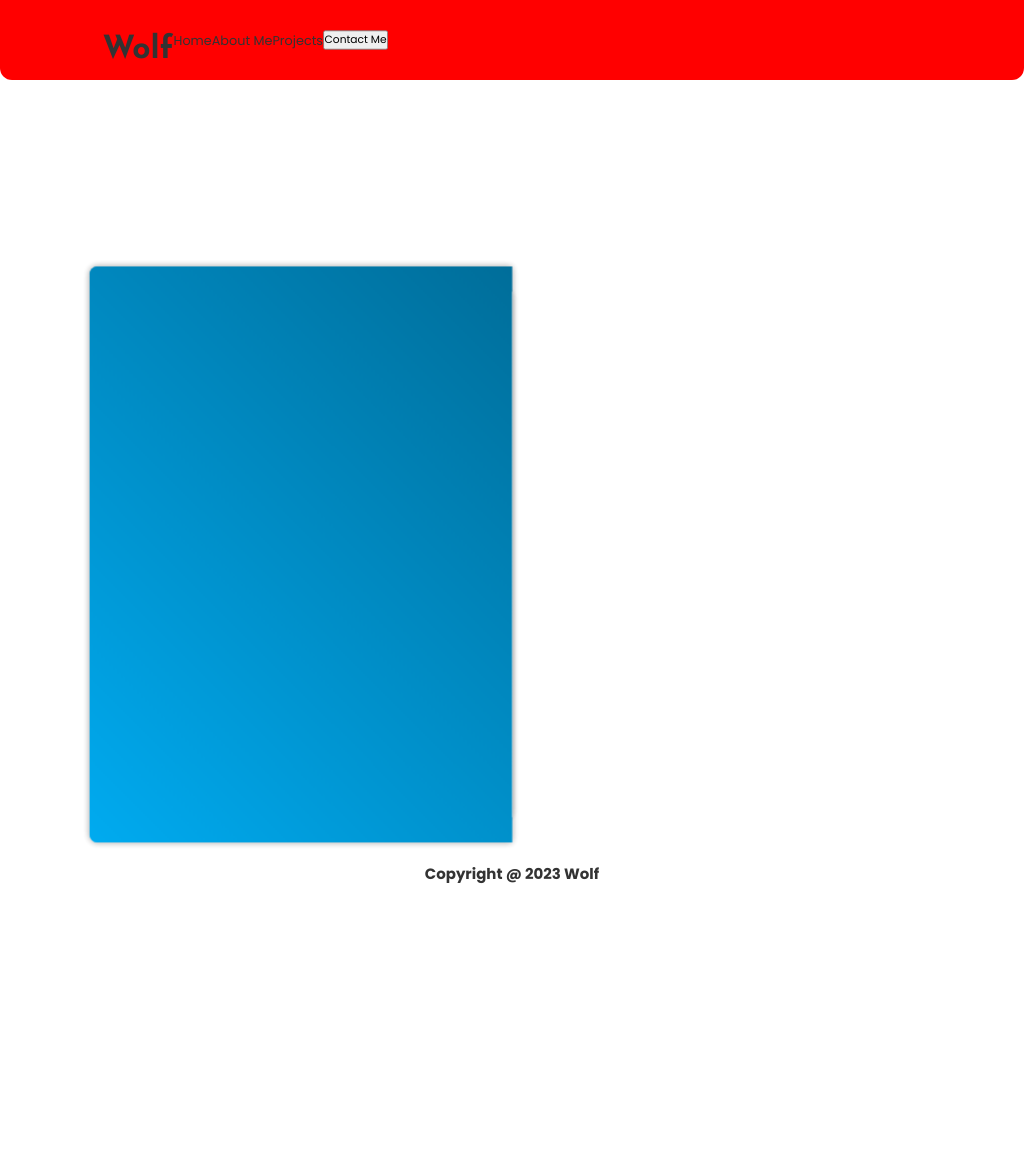
Repository: Ego-Wolf/Portfolio
Page: index.html
An editor plug-in stored every save of this project. The page is shown before and after the next save, followed by the edit.
The browser window is 1280 px wide. The pictures show the whole page, at 80% of full size.
Pictures or frames that could not be fetched are drawn as grey boxes.

Above is the page before, as saved 2023-12-14 16:23:53.

### index.html
<!DOCTYPE html>
<html lang="en">
<head>
    <meta charset="UTF-8">
    <meta name="viewport" content="width=device-width, initial-scale=1.0">
    <title>3D Portfolio Websites</title>
    <link rel="stylesheet" href="./style.css">
    <!-- Box icons -->
    <link href='https://unpkg.com/boxicons@2.1.4/css/boxicons.min.css' rel='stylesheet'>
    <!-- Google Font -->
    <link rel="preconnect" href="https://fonts.googleapis.com">
    <link rel="preconnect" href="https://fonts.gstatic.com" crossorigin>
    <link href="https://fonts.googleapis.com/css2?family=Josefin+Sans:wght@300;400;500;600;700&family=Poppins:wght@300;400;500;600;700;800;900&display=swap" rel="stylesheet">

</head>
<body>
    <div class="section">
        <!-- Header -->
        <div class="header">
            <ul>
                <span>
                    <img src="" alt=""><h3>Wolf</h3>
                </span>
                <li>Home</li>
                <li>About Me</li>
                <li>Projects</li>
                <li><button>Contact Me</button></li>
            </ul>
        </div>

        <!-- Book section -->
        <div class="wrapper">
            <div class="cover cover-left"></div>
            <div class="cover cover-right"></div>

            <div class="book">
                <!-- Profile page -->
                <div class="book-page page-left">
                    <div class="profile-page">
                        <img src="./assets/character-1.jpg" alt="Sorry about the our services">
                        <h1>Steve Victor</h1>
                        <h3>Web Developer</h3>

                        <div class="social-media">
                            <a href="#"><i class='bx bxl-facebook'></i></a>
                            <a href="#"><i class='bx bxl-twitter' ></i></a>
                            <a href="#"><i class='bx bxl-linkedin' ></i></a>
                            <a href="#"><i class='bx bxl-instagram-alt'></i></a>
                        </div>

                        <p>Hi, I'm Steve Victor, a Web Developer. Lorem, ipsum dolor sit amet consectetur adipisicing elit. Quae quibusdam asperiores, voluptas magnam enim amet officiis aut quis recusandae illum possimus delectus mollitia id sed atque, harum et sunt architecto.</p>

                        <div class="btn-box">
                            <a href="#" class="btn">Download CV</a>
                            <a href="#" class="btn contact-me">Contact Me</a>
                        </div>
                    </div>
                </div>

                <!-- Page 1 & 2 -->
                <div class="book-page page-right turn" id="turn-1">
                    <!-- Page 1 (work experience) -->
                    <div class="page-front">
                        <h1 class="title">Work Experience</h1>
                        <div class="work-education-box">
                            <div class="work-education-content">
                                <span class="year"><i class='bx bxs-calendar'></i>2020 - 2021</span>
                                <h3>Web Developer - Company</h3>
                                <p>Lorem ipsum dolor sit amet consectetur adipisicing elit. Consequatur a delectus similique dolore, laudantium, autem iure aspernatur ratione error!</p>
                            </div>

                            <div class="work-education-content">
                                <span class="year"><i class='bx bxs-calendar'></i>2020 - 2021</span>
                                <h3>Web Developer - Company</h3>
                                <p>Lorem aspernatur ratione error consequuntur veniam tenetur ipsum in nemo repellat eveniet fugit eius vel!</p>
                            </div>

                            <div class="work-education-content">
                                <span class="year"><i class='bx bxs-calendar'></i>2020 - 2021</span>
                                <h3>Web Developer - Company</h3>
                                <p>Lorem ipsum dolor sit amet consectetur adipisicing elit. Consequatur a delectus similique dolore, laudantium, autem iure aspernatur ratione error consequuntur veniam tenetur ipsum in nemo repellat eveniet fugit eius vel!</p>
                            </div>
                        </div>

                        <span class="number-page">1</span>
                        <!-- Next button -->
                        <div class="nextprev-btn" data-page="turn-1">
                            <i class='bx bx-chevron-right'></i>
                        </div>
                    </div>

                    <!-- Page 2 (education) -->
                    <div class="page-back">
                        <h1 class="title">Education</h1>
                        <div class="work-education-box">
                            <div class="work-education-content">
                                <span class="year"><i class='bx bxs-calendar'></i>2020 - 2021</span>
                                <h3>Web Developer - Company</h3>
                                <p>Lorem ipsum dolor sit amet consectetur adipisicing elit. Consequatur a delectus similique dolore, laudantium, autem iure aspernatur ratione error!</p>
                            </div>

                            <div class="work-education-content">
                                <span class="year"><i class='bx bxs-calendar'></i>2020 - 2021</span>
                                <h3>Web Developer - Company</h3>
                                <p>Lorem aspernatur ratione error consequuntur veniam tenetur ipsum in nemo repellat eveniet fugit eius vel!</p>
                            </div>

                            <div class="work-education-content">
                                <span class="year"><i class='bx bxs-calendar'></i>2020 - 2021</span>
                                <h3>Web Developer - Company</h3>
                                <p>Lorem ipsum dolor sit amet consectetur adipisicing elit. Consequatur a delectus similique dolore, laudantium, autem iure aspernatur ratione error consequuntur veniam tenetur ipsum in nemo repellat eveniet fugit eius vel!</p>
                            </div>
                        </div>

                        <span class="number-page">2</span>
                        <!-- Prev button -->
                        <div class="nextprev-btn back" data-page="turn-1">
                            <i class='bx bx-chevron-left'></i>
                        </div>
                    </div>
                </div>

                <!-- Page 3 & 4 -->
                <div class="book-page page-right turn" id="turn-2">
                    <!-- Page 3 (my services) -->
                    <div class="page-front">
                        <h1 class="title">My Services</h1>
                        <div class="services-box">
                            <div class="services-content">
                                <i class='bx bx-code-alt' ></i>
                                <h3>Web Development</h3>
                                <p>Lorem ipsum dolor, sit amet consectetur adipisicing elit.</p>
                                <a href="#" class="btn">Read More</a>
                            </div>

                            <div class="services-content">
                                <i class='bx bxs-paint' ></i>
                                <h3>Creative Design</h3>
                                <p>Lorem ipsum dolor, sit amet consectetur adipisicing elit.</p>
                                <a href="#" class="btn">Read More</a>
                            </div>

                            <div class="services-content">
                                <i class='bx bx-bar-chart-alt'></i>
                                <h3>Digital Marketing</h3>
                                <p>Lorem ipsum dolor, sit amet consectetur adipisicing elit.</p>
                                <a href="#" class="btn">Read More</a>
                            </div>

                            <div class="services-content">
                                <i class='bx bx-search' ></i>
                                <h3>SEO</h3>
                                <p>Lorem ipsum dolor, sit amet consectetur adipisicing elit.</p>
                                <a href="#" class="btn">Read More</a>
                            </div>
                        </div>

                        <span class="number-page">3</span>
                        <!-- Next button -->
                        <div class="nextprev-btn" data-page="turn-2">
                            <i class='bx bx-chevron-right'></i>
                        </div>

                    </div>
                    <!-- Page 4 (my skills) -->
                    <div class="page-back">
                        <h1 class="title">My skills</h1>
                        <div class="skills-box">
                            <div class="skills-content">
                                <h3>Front-End</h3>
                                <div class="content">
                                    <span><i class='bx bxl-html5' ></i>HTML</span>
                                    <span><i class='bx bxl-css3' ></i>CSS</span>
                                    <span><i class='bx bxl-javascript' ></i>JS</span>
                                    <span><i class='bx bxl-react' ></i>React</span>
                                    <span><i class='bx bxl-angular' ></i>Angular</span>
                                    <span><i class='bx bxl-bootstrap' ></i>Boostrap</span>
                                    <span><i class='bx bxl-tailwind-css' ></i>Tailwind</span>
                                </div>
                            </div>
                            <div class="skills-content">
                                <h3>Back-End</h3>
                                <div class="content">
                                    <span><i class='bx bxl-nodejs' ></i>Node</span>
                                    <span><i class='bx bxl-java' ></i>Java</span>
                                </div>
                            </div>
                            <div class="skills-content">
                                <h3>UI/UX Design</h3>
                                <div class="content">
                                    <span><i class='bx bxl-figma' ></i>Figma</span>
                                </div>
                            </div>
                        </div>

                        <span class="number-page">4</span>
                        <!-- Prev button -->
                        <div class="nextprev-btn back" data-page="turn-2">
                            <i class='bx bx-chevron-left'></i>
                        </div>
                    </div>
                </div>

                <!-- Page 5 & 6 -->
                <div class="book-page page-right turn" id="turn-3">
                    <!-- Page 5 (latest project or my portfolio) -->
                    <div class="page-front">
                        <h1 class="title">Latest Project</h1>

                        <div class="portfolio-box">
                            <div class="img-box">
                                <!-- <img src="./assets/character-2.jpg" alt="">  -->
                                <iframe width="720" height="405" src="https://www.youtube.com/embed/zrBVFGlnyA8" title="3D Portfolio Website | HTML CSS &amp; Javascript" frameborder="0" allow="accelerometer; autoplay; clipboard-write; encrypted-media; gyroscope; picture-in-picture; web-share" allowfullscreen></iframe>
                            </div>

                            <div class="info-box">
                                <div class="info-title">
                                    <h3>Project Name</h3>
                                    <a href="#">Live Preview<i class='bx bx-link-external' ></i></a>
                                </div>
                                <p>Tech Used:</p>
                                <p>Lorem ipsum dolor sit amet consectetur adipisicing elit. Fugit, laboriosam.</p>
                            </div>

                            <div class="btn-box">
                                <a href="#" class="btn">Source Code</a>
                                <a href="#" class="btn">More Projects</a>
                            </div>
                        </div>

                        <span class="number-page">5</span>
                        <!-- Next button -->
                        <div class="nextprev-btn" data-page="turn-3">
                            <i class='bx bx-chevron-right'></i>
                        </div>
                    </div>

                    <!-- Page 6 (contac me) -->
                    <div class="page-back">
                        <h1 class="title">Contact Me!</h1>

                        <div class="contact-box">
                            <form action="#">
                                <input type="text" class="field" placeholder="Full Name" required>
                                <input type="email" class="field" placeholder="Email Address" required>
                                <textarea name="" id="" cols="30" rows="10" class="field" placeholder="Your Message" required></textarea>
                                <input type="submit" class="btn" value="Send Message">
                            </form>
                        </div>

                        <span class="number-page">6</span>
                        <!-- Prev button -->
                        <div class="nextprev-btn back" data-page="turn-3">
                            <i class='bx bx-chevron-left'></i>
                        </div>

                        <a href="#" class="back-profile">
                            <p>Profile</p>
                            <i class='bx bxs-user'></i>
                        </a>
                    </div>
                </div>
            </div>
        </div><br>

        <!-- Footer -->
        <div class="footer">
            <h3>Copyright @ 2023 Wolf</h3>
        </div>
    </div>


    <script src="./script.js"></script>
</body>
</html>

Loaded but not shown: style.css (547 lines, source omitted); script.js (no copy from this time; the picture is the same without it)

After the next save:
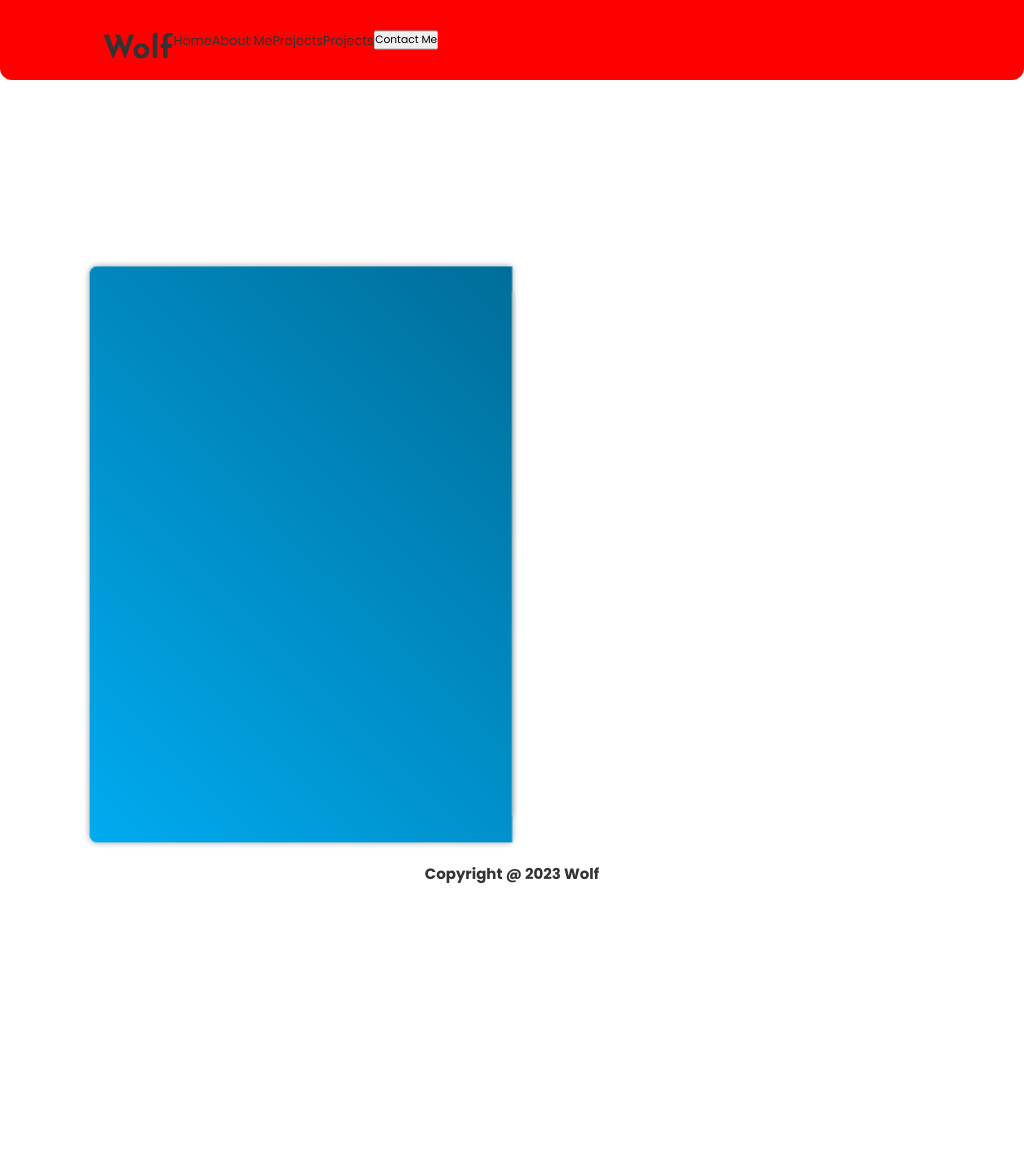
Saved 35 s later.
--- a/index.html
+++ b/index.html
@@ -23,6 +23,7 @@
                 </span>
                 <li>Home</li>
                 <li>About Me</li>
+                <li>Projects</li>
                 <li>Projects</li>
                 <li><button>Contact Me</button></li>
             </ul>
